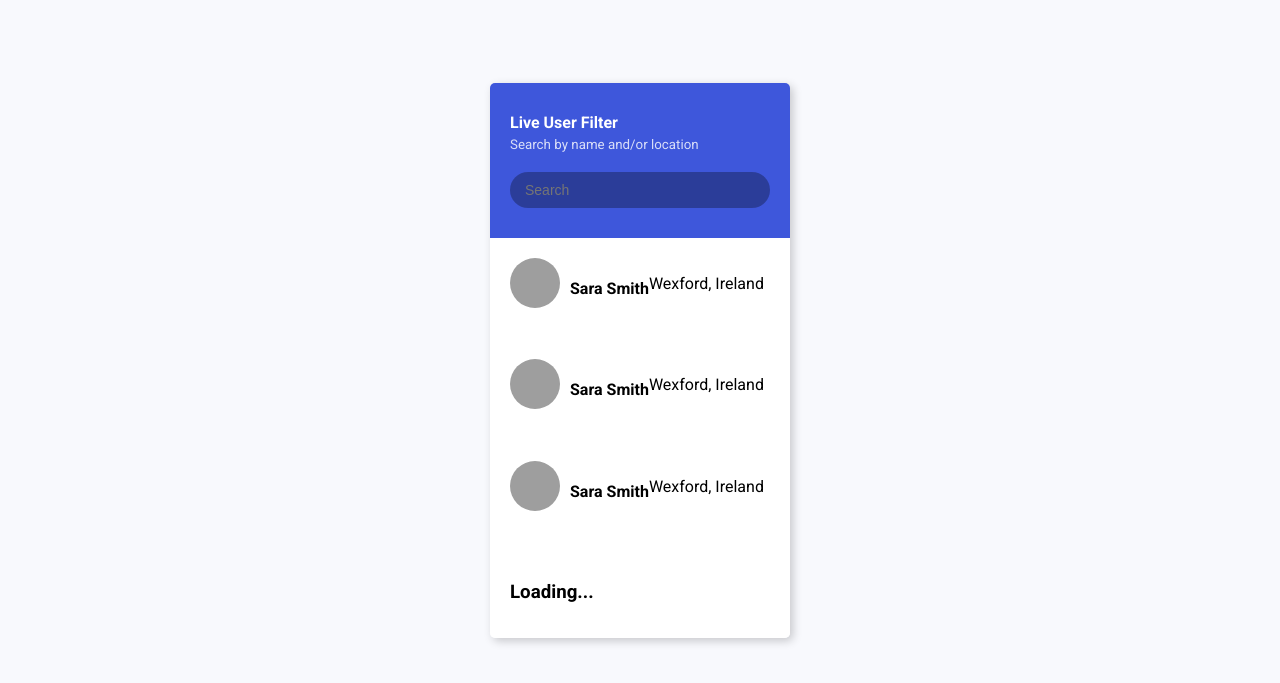
Repository: jt010051/searchProfiles
Page: index.html
The author's editor kept a copy of each file at every save. The page is drawn from the files as they stood at one save, then again after the next save.
The browser window is 1280 px wide. The pictures show the whole page.
Pictures or frames that could not be fetched are drawn as grey boxes.

Above is the page before, as saved 2022-03-04 10:25:15.

After the next save:
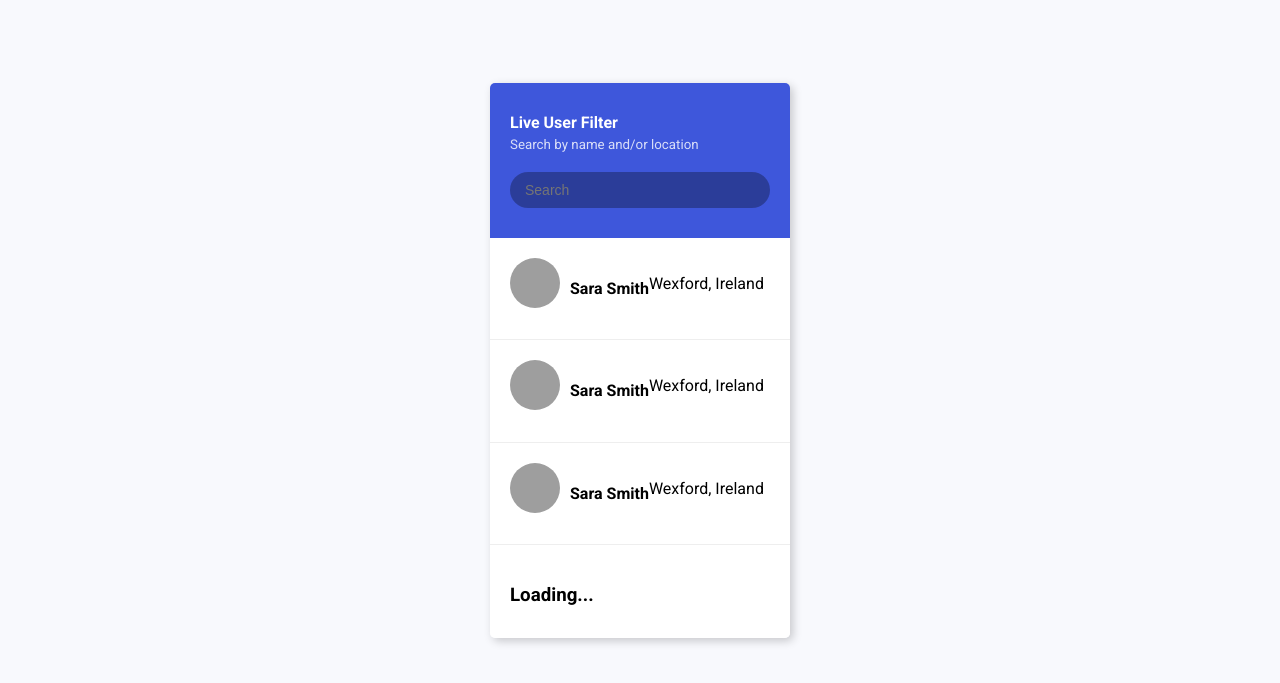
Saved 2 min 36 s later.
--- a/style.css
+++ b/style.css
@@ -90,3 +90,10 @@ width: 100%;
 
 font-size: 12px;
 }
+
+.user-list li:not(:last-of-type){
+border-bottom: 1px solid #eee;
+
+
+
+}
